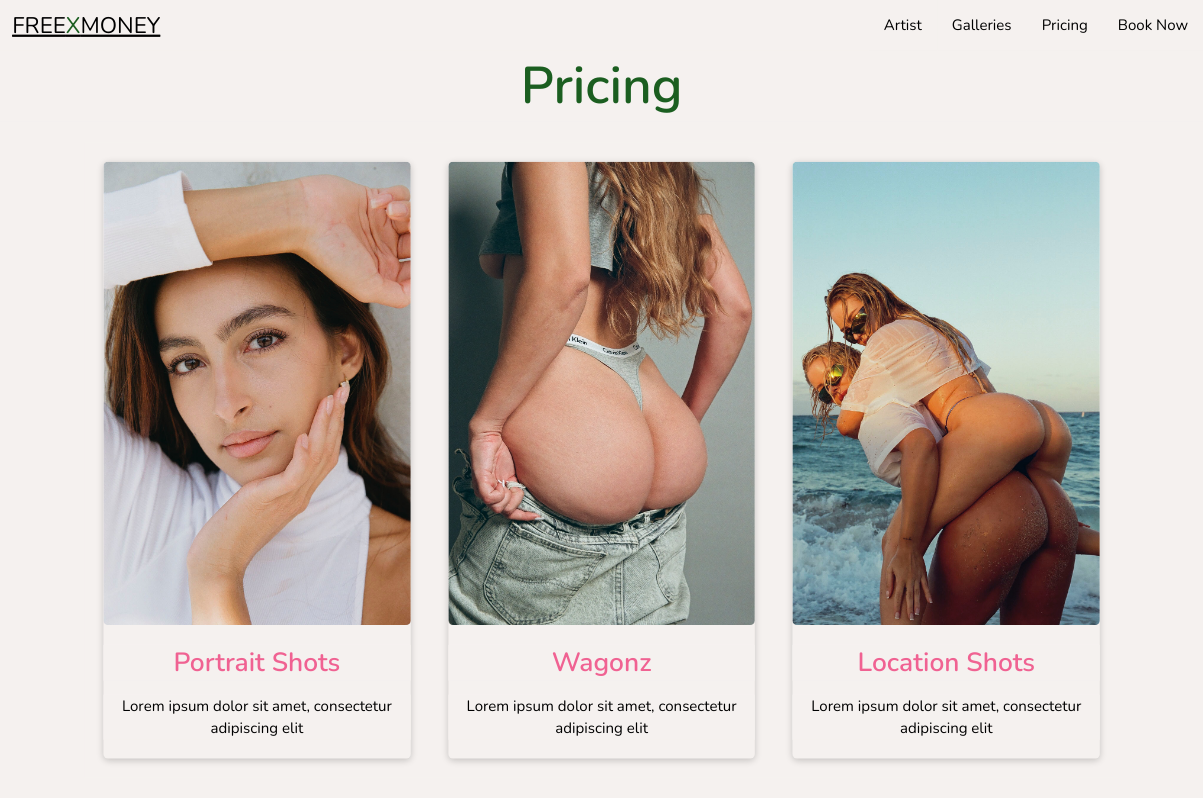
Repository: burntaftermint/freexmoney-draft
Page: pricing.html
These files come from the project's save history. The page is drawn as it stood at one moment and after the next save; the edit follows.
The browser window is 1280 px wide. The pictures show the whole page, at 94% of full size.
Some web fonts or font styles are not loaded; a fallback is used.

Above is the page before, as saved 2024-06-06 04:33:21.

### pricing.html
<!DOCTYPE html>
<html lang="en">
<head>
    <meta charset="UTF-8">
    <meta http-equiv="X-UA-Compatible" content="IE=edge">
    <meta name="viewport" content="width=device-width, initial-scale=1.0">
    <script src="script.js" defer></script>
    <title>FREEXMONEY</title>
    <link rel="preconnect" href="https://fonts.googleapis.com">
<link rel="preconnect" href="https://fonts.gstatic.com" crossorigin>
<link href="https://fonts.googleapis.com/css2?family=Architects+Daughter&family=Kumbh+Sans:wght@400;700&family=Montserrat:ital,wght@0,100;0,200;0,300;0,400;0,500;0,600;0,700;0,800;0,900;1,100;1,200;1,300;1,400;1,500;1,600;1,700;1,800;1,900&family=Nunito:wght@300;400;500;600&family=Roboto:wght@300&family=Rubik:wght@400;500;600;700;800&family=Yantramanav:wght@500&display=swap" rel="stylesheet">
    <link rel="stylesheet" type="text/css" href="style.css">
</head>
<body>
    <nav class="navbar">
        <div class="nav-title"><a href="index.html">FREE<span>X</span>MONEY</a>
        </div>
        <a href="#" class="toggle-button">
            <span class="bar"></span>
            <span class="bar"></span>
            <span class="bar"></span>

        </a>
        <div class="navbar-links">
            <ul>
                <li><a href="artist.html">Artist</a></li>
                <li><a href="gallery.html">Galleries</a></li>
                <li><a href="pricing.html">Pricing</a></li>
                <li><a href="home.html">Book Now</a></li>
            </ul>
        </div>
    </nav>
    <h1 class="galleryh1">Pricing</h1>
   <div class="gallery-container">

       <div class="gallery-content-section">
           <div class="gallery-card">
               <img src="images/portraits.JPG" alt="">
               <h2>Portrait Shots</h2>
               <p>Lorem ipsum dolor sit amet, consectetur adipiscing elit</p>
           </div>
           <div class="gallery-card">
            <img src="images/wagonz.JPG" alt="">
            <h2>Wagonz</h2>
            <p>Lorem ipsum dolor sit amet, consectetur adipiscing elit</p>
        </div>
        <div class="gallery-card">
            <img src="images/loacation-shots.JPG" alt="">
            <h2>Location Shots</h2>
            <p>Lorem ipsum dolor sit amet, consectetur adipiscing elit</p>
        </div>

       </div>
   </div>


    </div>
</body>
</html>

### style.css

* {
    margin: 0;
    padding: 0;
    box-sizing: border-box;
    font-family: 'Nunito', sans-serif;
    background-color: #f5f1ef;
}

.container {
    display: flex;
    flex-direction: column;
    justify-content: center;
    align-items: center;
    text-align: center;
    margin: 15px 20px 0 20px;
}

.social-links img {
    width: 50px;

    margin: 20px;
    cursor: pointer;
}

.social-links {
    text-align: center;
}




.container .heading {
    width: 50%;
    padding-bottom: 20px;
}

.container .heading h3 {
    font-size: 3em;
    font-weight: 400;
    border-bottom: 3px solid #1b5e20;

}

.container .heading h3 span {
    color: #1b5e20;
    font-weight: 600;
}

.container .box {
    display: flex;
    flex-direction: row;
    justify-content: space-between;

}

.container .box .row1 {
    display: flex;
    flex-direction: column;
    width: 32.5%;
}

.container .box .row1 img {
    width: 100%;
    padding-bottom: 10px;
    animation: fadeInUp 2s ease;
}

.container .box .row1 img:hover{
    opacity: 0.5;
    transition: 0.2s ease;

}

.container .btn {
    margin: 40px 0 70px 0;
    background: #1b5e20;
    padding: 15px 40px ;
    border-radius: 5px;
}


.container .btn a {
    text-decoration: none;
    background-color: transparent;
    color: #f5f5f5;
    font-weight: bolder;
    letter-spacing: 1px;
}

.container .heading a {
    text-decoration: none;
    color: black;
}
.container .heading a:hover {

    color: #f06292;
}

.container .btn a:hover {
    text-decoration: none;
    background-color: transparent;
    color: #f06292;
    font-weight: bolder;

}

/* gallery css */
.gallery-container {
    width: 100%;
    min-height: 100vh;
    display: flex;
    justify-content: center;
    align-items: center;
    padding: 0px 90px;
}

.gallery-content-section {
    display: flex;
    justify-content: center;
    align-items: center;
    text-align: center;
    animation: fadeInRight 2s ease;
}

.gallery-content-section .gallery-card {
    flex: 1;
    margin: 20px 20px;
    box-shadow: 0px 2px 8px 0px rgba(0,0,0,0.2);
    border-radius: 5px;
}

.gallery-content-section .gallery-card:hover {
    transform: scale(1.2);
}

.gallery-content-section .gallery-card img {
    width: 100%;
    height: auto;
    border-radius: 5px;
}

.gallery-content-section .gallery-card h2 {
    margin: 15px 0px;
    font-size: 28px;
    color: #f06292;
}

.gallery-content-section .gallery-card p {
    font-size: 16px;
    line-height: 1.5;
    padding: 0px 10px;
    margin-bottom: 20px;
}

.galleryh1 {
    text-align: center;
    font-size: 55px;
    color: #1b5e20;
}

/* home css */

.hero {
    background-color: #f5f1ef;
    overflow: hidden;
}

.home-heading h1 {
    color: #1b5e20;
    font-size: 55px;
    text-align: center;
    margin-top: 35px;
    margin-bottom: -30px;
}

.hero-content p {
    font-size: 24px;
    line-height: 1.5;
    margin-bottom: 40px;
    color: rgb(39, 39, 39);
}

.hero-btn {
    display: inline-block;
    background-color: #1b5e20;
    margin-top: -20px;
    padding: 12px 24px;
    border-radius: 5px;
    font-size: 20px;
    border: none;
    cursor: pointer;
    transition: 0.3s ease;
    font-weight: bolder;
    letter-spacing: 1px;
}
.hero-btn a {

    text-decoration: none;
    background-color: transparent;
    color: #f5f5f5;
}
.hero-btn a:hover {

    color: #f06292;
}
.container_home {
    display: flex;
    justify-content: center;
    align-items: center;
    width: 90%;
    margin: 65px auto;
}
.hero-content {
    flex: 1;
    width: 600px;
    margin: 0px 25px;
    animation: fadeInUp 2s ease;
}
.hero-image {
    flex: 1;
    width: 600px;
    margin: auto;
    animation: fadeInRight 2s ease;
}

.hero-content h2 {
    color: #f06292;
    font-size: 38px;
    margin-bottom: 10px;
}

.hero img {
width: 100%;
height: auto;
border-radius: 10px;
}

/* navbar css */
.navbar {
    display: flex;
    justify-content: space-between;
    align-items: center;
    background-color: #f5f1ef;


}

.nav-title {
    background-color: transparent;
    text-decoration: underline;
}
.nav-title a{
    color: black;

}
.nav-title a:hover{
    color: #f06292;
}
.nav-title span{
    background-color: transparent;
    color: #1b5e20;
}

.navbar-links ul {
    margin: 0;
    padding: 0;
    display: flex;
}

.navbar-links li {
    list-style: none;

}

.navbar-links li a {
    text-decoration: none;
    color: black;
    padding: 1rem;
    display: block;



}

.navbar-links li a:hover{
    color: #f06292;
}
.nav-title {
    font-size: 1.5rem;
    margin: .5rem;
    padding-left: 5px;

}

.toggle-button {
    position: absolute;
    top: .75rem;
    right: 1rem;
    display: none;
    flex-direction: column;
    justify-content: space-between;
    width: 30px;
    height: 21px;
}

.toggle-button .bar {
    height: 3px;
    width: 100%;
    background-color: black;
    border-radius: 10px;
}

/* Pricing css */

.pricing-table {
    display: flex;
    flex-direction: row; /* Arrange items vertically */
    align-items: center; /* Center items horizontally */
    justify-content: center; /* Center items vertically */
    min-height: 100vh; /* Set minimum height as 100% of the viewport height */
    max-width: 1600px;
    margin: 0 auto; /* Center the pricing table horizontally */


}

/* Add this style if you want some space between pricing cards */
.pricing-card {
     /* Adjust as needed */
    flex: 1;
    max-width: 360px;
    background-color: #fa7fa8;
    margin: 20px 10px;
    text-align: center;
    cursor: pointer;
    overflow: hidden;
    color: #f5f1ef;
    transition: .3s linear;
    border-radius: 10px;
    padding-bottom: 10px;
    animation: fadeInRight 2s ease;

}

.pricing-card-header {
    background-color: #1b5e20;
    display: inline-block;
    color: #f5f1ef;
    padding: 12px 30px;
    border-radius: 0 0 20px 20px;
    font-size: 16px;
    text-transform: uppercase;
    font-weight: 600;
    transition: .4s linear;

}

.pricing-card li {
    font-size: 20px;
    padding: 10px 0;
    text-transform: uppercase;
}

.pricingh1 {
    margin-top: 50px;
    margin-bottom: -100px;
    text-align: center;
    font-size: 55px;
    color: #1b5e20;
}





.pricing-card li {
    background-color: #fa7fa8;
}
.pricing-card strong {
    background-color: #fa7fa8;
}
.pricing-card sup {
    background-color: #fa7fa8;
}

.price {
    background-color: #fa7fa8;
    font-size: 70px;
    color: #f5f1ef;
    margin: 40px 0;
    transition: .2s linear;
}

.price sup, .price span {
    font-size: 22px;
    font-weight: 700;
}









@media only screen and (max-width: 1000px) {
    .gallery-content-section {
        flex-direction: column;
    }

    .pricing-card {
        flex: 50%;

    }

    .pricing-card-header {
        font-size: 10.5px;
    }

    .price {
        font-size: 45px;
    }

    .pricing-card li {
        font-size: 15px;
    }



}




@media only screen and (max-width: 769px) {
    .container .box {
        flex-direction: column;
    }
    .container .box .row1 {
        width: 100%;
    }
    .home-heading h1 {
        font-size: 45px;
        margin-top: 30px;
    }

    .hero {
        margin: 0px;

    }
    .container_home {
        width: 100%;
        flex-direction: column;
        margin: 0px;
        padding: 0px 40px;

    }
    .hero-content {
        width: 100%;
        margin: 35px 0px;
    }
    .hero-content h2 {
        font-size: 30px;

    }
    .hero-content p {
        font-size: 18px;
        margin-bottom: 20px;
    }
    .hero-btn {
        font-size: 16px;
        padding: 8px 16px;

    }
    .hero-image {
        width: 100%;
    }

    .pricing-card {
        flex: 50%;

    }

    .pricing-card-header {
        font-size: 6px;
    }

    .price {
        font-size: 35px;
    }

    .pricing-card li {
        font-size: 15px;
    }


}






@media only screen and (max-width: 718px) {
    .container .heading {
        width: 100%;

    }

    .container .heading h3 {
        font-size: 2.5em;


    }
}

@media only screen and (max-width: 549px) {
    .toggle-button {
        display: flex;

    }
    .navbar-links {
        display: none;
        width: 100%;

    }
    .navbar {
        flex-direction: column;
        align-items: flex-start;
    }

    .navbar-links ul {
        width: 100%;
        flex-direction: column;
    }

    .navbar-links li {
        text-align: center;
    }

    .navbar-links li a {
        padding: .3rem .7rem;
    }

    .navbar-links.active {
        display: flex;
    }
}

@media only screen and (max-width: 510px) {
    .gallery-card {
        width: 150%;

    }
}

@media only screen and (max-width: 400px) {
    .pricingh1 {
        margin-bottom: -175px;
    }
}

@keyframes fadeInUp {
    0% {
        opacity: 0;
        transform: translateY(50px);
    }
    100% {
        opacity: 1;
        transform: translateY(0px);
    }
}


@keyframes fadeInRight {
    0% {
        opacity: 0;
        transform: translateX(-50px);
    }
    100% {
        opacity: 1;
        transform: translateX(0px);
    }
}

Loaded but not shown: script.js (common file)

After the next save:
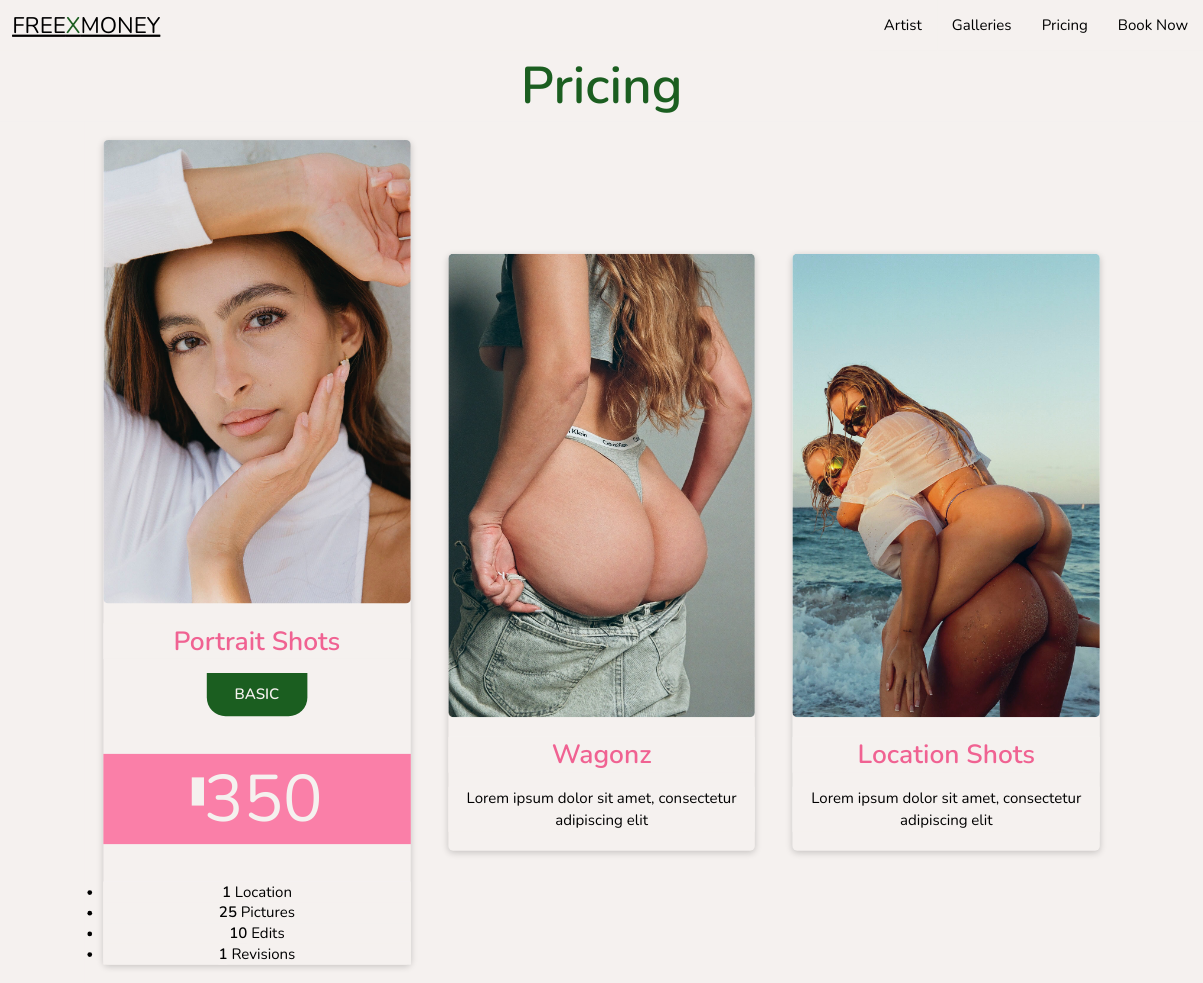
Saved 3 days later.
--- a/pricing.html
+++ b/pricing.html
@@ -37,7 +37,14 @@
            <div class="gallery-card">
                <img src="images/portraits.JPG" alt="">
                <h2>Portrait Shots</h2>
-               <p>Lorem ipsum dolor sit amet, consectetur adipiscing elit</p>
+               <h3 class="pricing-card-header">Basic</h3>
+            <div class="price"><sup>$</sup>350</div>
+            <ul>
+                <li><strong>1</strong> Location</li>
+                <li><strong>25</strong> Pictures</li>
+                <li><strong>10</strong> Edits</li>
+                <li><strong>1</strong> Revisions</li>
+            </ul>
            </div>
            <div class="gallery-card">
             <img src="images/wagonz.JPG" alt="">
